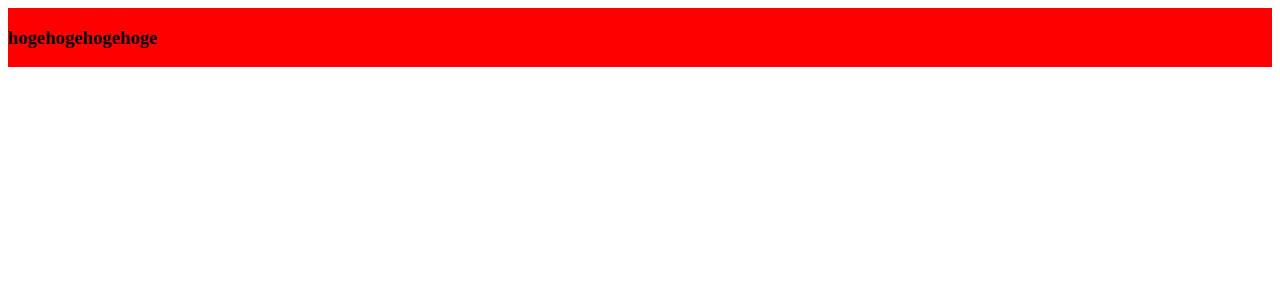
Repository: 07-acky-24/samurai_HTML-CSS
Page: a.html
The author's editor kept a record of every edit. The page is drawn from the files as they stood at one moment, then again after the next edit.
The browser window is 1280 px wide. The pictures show the whole page.

Above is the page before.

After the next edit:
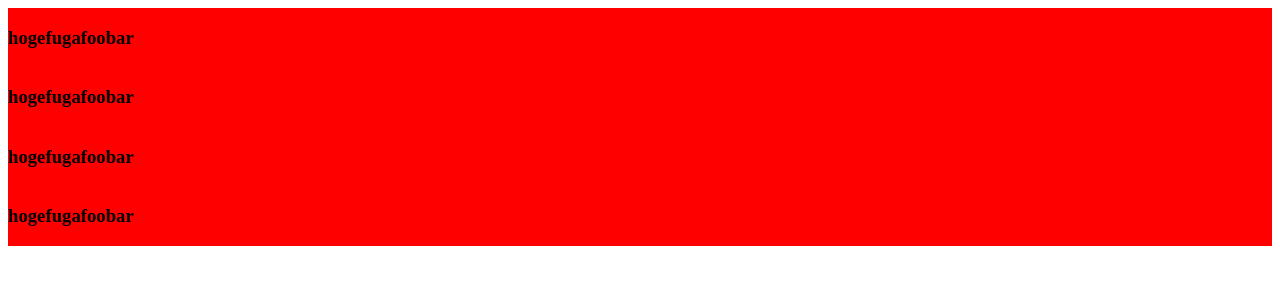
The edit:
--- a/a.html
+++ b/a.html
@@ -35,9 +35,31 @@
 <body>
     <div id="sort">
         <h3>hoge</h3>
+        <h3>fuga</h3>
+        <h3>foo</h3>
+        <h3>bar</h3>
+    </div>
+
+    <div id="sort">
         <h3>hoge</h3>
+        <h3>fuga</h3>
+        <h3>foo</h3>
+        <h3>bar</h3>
+    </div>
+
+    <div id="sort">
         <h3>hoge</h3>
+        <h3>fuga</h3>
+        <h3>foo</h3>
+        <h3>bar</h3>
+    </div>
+
+    <div id="sort">
         <h3>hoge</h3>
+        <h3>fuga</h3>
+        <h3>foo</h3>
+        <h3>bar</h3>
     </div>
+
 </body>
 </html>
